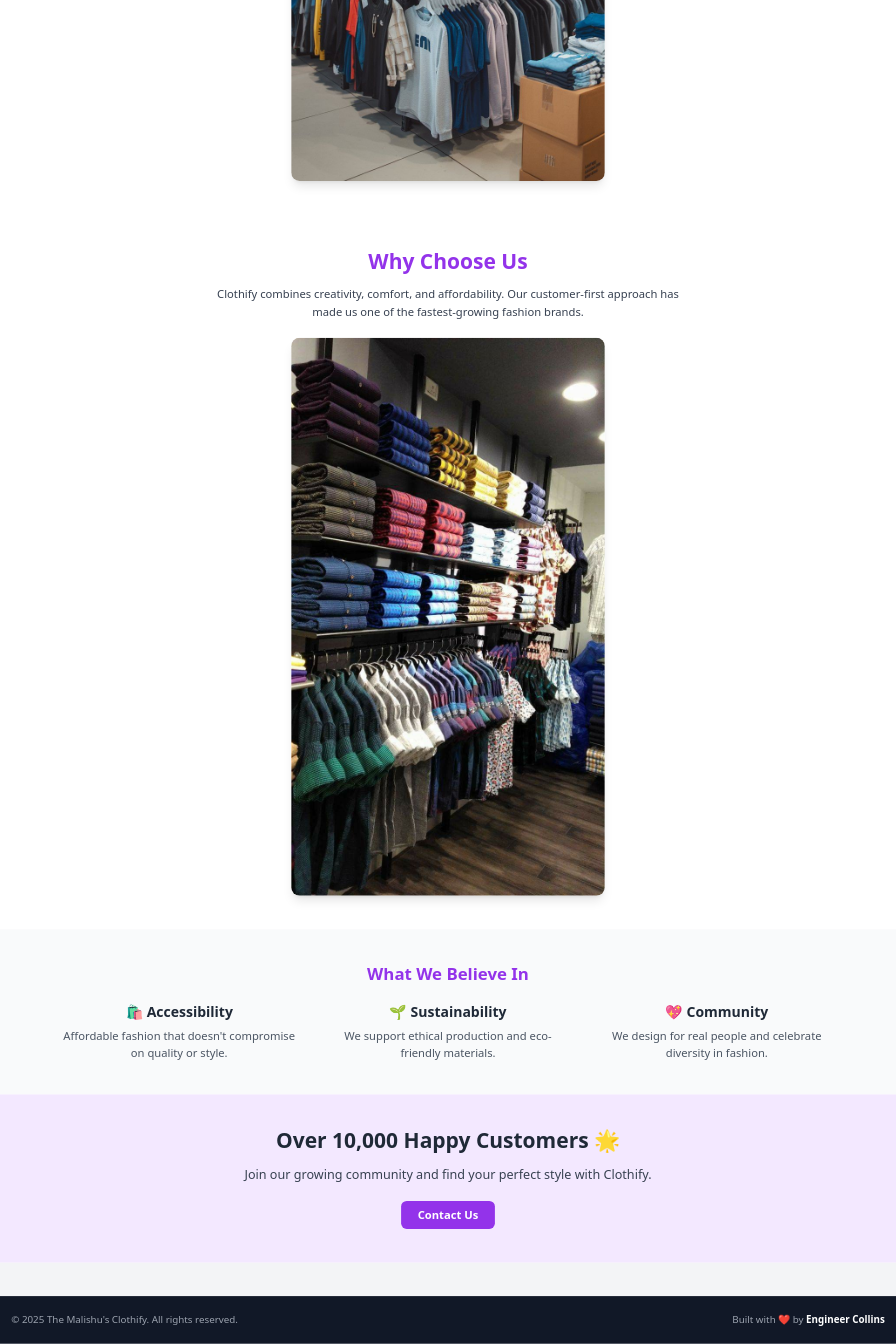
Repository: Engineer-collo/Modern-Ecommerce-Application
Page: /about
An editor plug-in stored every save of this project. The page is shown before and after the next save, followed by the edit.
The browser window is 1280 px wide. The pictures show the part of the page from y = 1951 to 3871 px (the page is 3871 px tall before and 3831 px after), at 70% of full size.
The project was rebuilt for these pictures with package versions that can differ from the ones it lists, and the page was loaded fresh each time. Also part of the build but not shown: vite.config.js, src/components/SignupForm.jsx, src/components/LoginForm.jsx, src/components/ProductCard.jsx, src/components/OfferCountdown.jsx, src/components/ProductFeed.jsx, src/components/Contact.jsx, src/components/Cart.jsx and 1 more.

Above is the page before, as saved 2025-05-26 09:58:36.

### index.html
<!DOCTYPE html>
<html lang="en">
<head>
  <meta charset="UTF-8">
  <meta name="viewport" content="width=device-width, initial-scale=1.0">
  <title>Ecommerce</title>
</head>
<body class="bg-gray-100">
  <div id="root"></div>
  <script type="module" src="/src/main.jsx"></script>
</body>
</html>

### src/main.jsx
import React from 'react'
import ReactDOM from 'react-dom/client'
import './index.css'
import App from './App'

ReactDOM.createRoot(document.getElementById('root')).render(
  <React.StrictMode>
    <App />
  </React.StrictMode>,
)

### src/App.jsx
import { BrowserRouter as Router, Routes, Route } from 'react-router-dom';
import { useEffect, useState } from 'react';
import Footer from './components/Footer';
import Navbar from './components/Navbar';
import SignupForm from './components/SignupForm';
import LoginForm from './components/LoginForm';
import ProductFeed from './components/ProductFeed';
import Contact from './components/Contact';
import About from './components/About';
import Cart from './components/Cart';
import ProductDetailsView from './components/ProductDetailsView';

import {
  showSuccessToast,
  ToastContainerWrapper,
} from './components/Toast';

function App() {
  const [cart, setCart] = useState([]);
  const [cartLoaded, setCartLoaded] = useState(false);

  // Load cart from localStorage
  useEffect(() => {
    const storedCart = localStorage.getItem("cart");
    if (storedCart) {
      try {
        setCart(JSON.parse(storedCart));
      } catch (error) {
        console.error("Failed to parse cart from localStorage:", error);
      }
    }
    setCartLoaded(true);
  }, []);

  // Save cart to localStorage when updated
  useEffect(() => {
    if (cartLoaded) {
      localStorage.setItem("cart", JSON.stringify(cart));
    }
  }, [cart, cartLoaded]);

  const addToCart = (product) => {
    setCart(prevCart => {
      const existing = prevCart.find(item => item.id === product.id);
      if (existing) {
        return prevCart.map(item =>
          item.id === product.id
            ? { ...item, quantity: item.quantity + 1 }
            : item
        );
      } else {
        return [...prevCart, { ...product, quantity: 1 }];
      }
    });
    showSuccessToast("Added to cart!");
  };

  const removeFromCart = (product) => {
    setCart(prevCart =>
      prevCart
        .map(item =>
          item.id === product.id
            ? { ...item, quantity: item.quantity - 1 }
            : item
        )
        .filter(item => item.quantity > 0)
    );
    showSuccessToast("Removed from cart!");
  };

  return (
    <Router>
      <Navbar cart={cart} />
      <Routes>
        <Route
          path="/"
          element={
            <ProductFeed
              showSuccessToast={showSuccessToast}
              cart={cart}
            />
          }
        />
        <Route
          path="/cart"
          element={
            <Cart
              cart={cart}
              removeFromCart={removeFromCart}
            />
          }
        />
        <Route path="/product/:id" element={<ProductDetailsView
         addToCart={addToCart}
        />} />
        <Route path="/login" element={<LoginForm />} />
        <Route path="/signup" element={<SignupForm />} />
        <Route path="/about" element={<About />} />
        <Route path="/contact" element={<Contact showSuccessToast={showSuccessToast} />} />
      </Routes>
      <ToastContainerWrapper />
      <Footer />
    </Router>
  );
}

export default App;

### src/components/Footer.jsx
const Footer = () => {
    return(
        <>
        <footer className="bg-gray-900 text-white py-6 mt-12">
  <div className="max-w-7xl mx-auto px-4 flex flex-col md:flex-row justify-between items-center space-y-4 md:space-y-0">
    <p className="text-sm text-gray-400">
      &copy; {new Date().getFullYear()} The Malishu's Clothify.  All rights reserved.
    </p>
    <p className="text-sm text-gray-400">
      Built with ❤️ by <span className="text-white font-semibold">Engineer Collins</span>
    </p>


  </div>
</footer>

        </>
    )
}

export default Footer

### src/components/Navbar.jsx
import React, { useState } from "react";
import { Link } from "react-router-dom";

const Navbar = ({ cart = [] }) => {
  const [isOpen, setIsOpen] = useState(false);

  const toggleMenu = () => setIsOpen(!isOpen);

  return (
    <header className="mt-2 bg-white shadow-md">
      <div className="max-w-7xl mx-auto px-10 py-10 flex flex-col md:flex-row md:justify-between md:items-center">
        <div className="flex justify-between items-center">
          <h1 className="text-2xl font-bold text-gray-800">
            <Link
              to="/"
              className="hover:text-blue-500 text-gray-700 transition"
            >
              <span className="text-purple-600">Malishu's Clothify</span>
            </Link>
          </h1>

          <div className="md:hidden">
            <button
              onClick={toggleMenu}
              className="text-gray-700 focus:outline-none"
            >
              <svg
                className="h-6 w-6"
                fill="none"
                stroke="currentColor"
                strokeWidth="2"
                viewBox="0 0 24 24"
              >
                <path
                  strokeLinecap="round"
                  strokeLinejoin="round"
                  d={
                    isOpen
                      ? "M6 18L18 6M6 6l12 12"
                      : "M4 6h16M4 12h16M4 18h16"
                  }
                />
              </svg>
            </button>
          </div>
        </div>

        {/* Removed search input here */}

        {/* Desktop nav */}
        <nav className="space-x-6 hidden md:flex">
          <Link
            to="/"
            className="text-xl hover:text-blue-500 font-bold text-gray-700 transition"
          >
            Home
          </Link>
          <Link
            to="/about"
            className="text-xl hover:text-blue-500 font-bold text-gray-700 transition"
          >
            About
          </Link>
          <Link
            to="/contact"
            className="text-xl hover:text-blue-500 font-bold text-gray-700 transition"
          >
            Contact
          </Link>
          <Link to="/cart" className="relative text-2xl font-bold hover:text-white transition">
  🛒
  <span className="absolute -top-2 -right-3 bg-red-500 text-white text-xs font-bold px-2 py-0.5 rounded-full">
    {cart.length}
  </span>
</Link>
          <Link
            to="/login"
            className="rounded p-1 bg-purple-500 font-bold text-white transition"
          >
            Login
          </Link>
        </nav>
      </div>

{/* Mobile nav */}
{isOpen && (
  <nav className="md:hidden bg-purple-600 text-white px-4 py-6 shadow-lg">
    <div className="flex flex-col items-center space-y-6">
      <Link
        to="/"
        className="text-2xl font-bold hover:text-white hover:underline transition"
      >
        Home
      </Link>
      <Link
        to="/about"
        className="text-2xl font-bold hover:text-white hover:underline transition"
      >
        About
      </Link>
      <Link
        to="/contact"
        className="text-2xl font-bold hover:text-white hover:underline transition"
      >
        Contact
      </Link>
      <Link to="/cart" className="relative text-2xl font-bold hover:text-white transition">
  🛒
  <span className="absolute -top-2 -right-3 bg-red-500 text-white text-xs font-bold px-2 py-0.5 rounded-full">
    {cart.length}
  </span>
</Link>
      <Link
        to="/login"
        className="text-center text-2xl font-bold bg-white text-purple-600 px-6 py-3 rounded-lg shadow-md hover:bg-purple-100 transition"
      >
        Login
      </Link>
    </div>
  </nav>
)}

    </header>
  );
};

export default Navbar;

### src/components/About.jsx
import React from "react";

const About = () => {
  return (
    <>
      <div className="min-h-screen bg-white text-gray-800">
        {/* Hero Section */}
        <div className="bg-gradient-to-r from-purple-600 to-pink-500 py-16 px-6 text-center text-white">
          <h1 className="text-4xl md:text-5xl font-extrabold mb-4">About Clothify</h1>
          <p className="text-lg md:text-xl max-w-2xl mx-auto">
            Elevating your wardrobe with trendy, affordable fashion made for everyone.
          </p>
        </div>

        {/* Block 1: Our Story */}
        <div className="max-w-6xl mx-auto py-12 px-4 text-center">
          <div className="max-w-2xl mx-auto mb-6">
            <h2 className="text-3xl font-bold mb-4 text-purple-600">Our Story</h2>
            <p className="text-gray-700 leading-relaxed">
              Founded in 2024, Clothify was born out of a passion for inclusive fashion. We wanted to make it easy for
              anyone to find stylish, quality clothes without breaking the bank.
            </p>
          </div>
          <img
            src="/cloathes1.png"
            alt="Fashion 1"
            className="w-full max-w-md mx-auto rounded-xl shadow-lg object-cover"
          />
        </div>

        {/* Block 2: Our Vision */}
        <div className="max-w-6xl mx-auto py-12 px-4 text-center">
          <div className="max-w-2xl mx-auto mb-6">
            <h2 className="text-3xl font-bold mb-4 text-purple-600">Our Vision</h2>
            <p className="text-gray-700 leading-relaxed">
              We envision a world where fashion is accessible to everyone regardless of their background or budget.
              With unique designs and sustainable practices, we bring value to every wardrobe.
            </p>
          </div>
          <img
            src="/cloathes2.png"
            alt="Fashion 2"
            className="w-full max-w-md mx-auto rounded-xl shadow-lg object-cover"
          />
        </div>

        {/* Block 3: Why Choose Us */}
        <div className="max-w-6xl mx-auto py-12 px-4 text-center">
          <div className="max-w-2xl mx-auto mb-6">
            <h2 className="text-3xl font-bold mb-4 text-purple-600">Why Choose Us</h2>
            <p className="text-gray-700 leading-relaxed">
              Clothify combines creativity, comfort, and affordability. Our customer-first approach has made us one of
              the fastest-growing fashion brands.
            </p>
          </div>
          <img
            src="/cloathes3.png"
            alt="Fashion 3"
            className="w-full max-w-md mx-auto rounded-xl shadow-lg object-cover"
          />
        </div>

        {/* Values */}
        <div className="bg-gray-50 py-12">
          <div className="max-w-6xl mx-auto px-4 text-center">
            <h2 className="text-2xl font-bold text-purple-600 mb-6">What We Believe In</h2>
            <div className="grid md:grid-cols-3 gap-8">
              <div>
                <h3 className="text-xl font-semibold mb-2">🛍️ Accessibility</h3>
                <p className="text-gray-600">Affordable fashion that doesn't compromise on quality or style.</p>
              </div>
              <div>
                <h3 className="text-xl font-semibold mb-2">🌱 Sustainability</h3>
                <p className="text-gray-600">We support ethical production and eco-friendly materials.</p>
              </div>
              <div>
                <h3 className="text-xl font-semibold mb-2">💖 Community</h3>
                <p className="text-gray-600">We design for real people and celebrate diversity in fashion.</p>
              </div>
            </div>
          </div>
        </div>

        {/* CTA */}
        <div className="py-12 px-4 bg-purple-100 text-center">
          <h2 className="text-3xl font-bold mb-4">Over 10,000 Happy Customers 🌟</h2>
          <p className="text-lg mb-6 text-gray-700 max-w-2xl mx-auto">
            Join our growing community and find your perfect style with Clothify.
          </p>
          <a
            href="/contact"
            className="inline-block bg-purple-600 hover:bg-purple-700 text-white font-semibold py-2 px-6 rounded-lg transition"
          >
            Contact Us
          </a>
        </div>
      </div>
    </>
  );
};

export default About;

### src/components/Toast.jsx
// src/components/Toast.js
import { toast, ToastContainer } from 'react-toastify';
import 'react-toastify/dist/ReactToastify.css';

// Toast functions
export const showSuccessToast = (message) =>
  toast.success(message, {
    className: 'bg-green-100 text-green-800 border border-green-300 rounded p-4',
    bodyClassName: 'text-sm',
    progressClassName: 'bg-green-500',
  });

export const showErrorToast = (message) =>
  toast.error(message, {
    className: 'bg-red-100 text-red-800 border border-red-300 rounded p-4',
    bodyClassName: 'text-sm',
    progressClassName: 'bg-red-500',
  });

export const showInfoToast = (message) =>
  toast.info(message, {
    className: 'bg-blue-100 text-blue-800 border border-blue-300 rounded p-4',
    bodyClassName: 'text-sm',
    progressClassName: 'bg-blue-500',
  });

export const showWarningToast = (message) =>
  toast.warn(message, {
    className: 'bg-yellow-100 text-yellow-800 border border-yellow-300 rounded p-4',
    bodyClassName: 'text-sm',
    progressClassName: 'bg-yellow-500',
  });

// Toast container
export const ToastContainerWrapper = () => (
  <ToastContainer position="top-center" autoClose={2000} />
);

Loaded but not shown: src/index.css (common file); tailwind.config.js (common file)

After the next save:
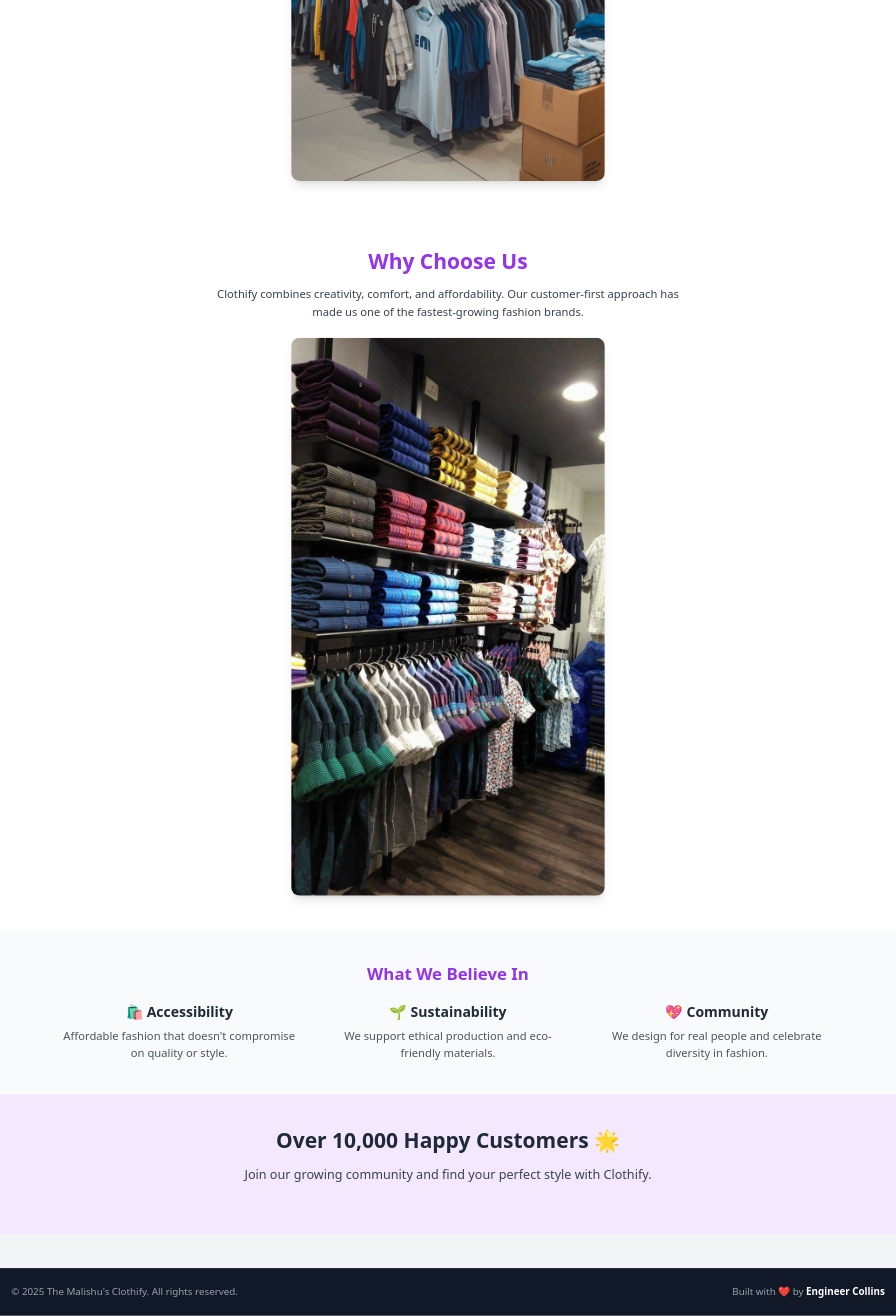
Saved 74 s later.
--- a/src/components/About.jsx
+++ b/src/components/About.jsx
@@ -87,12 +87,7 @@ const About = () => {
           <p className="text-lg mb-6 text-gray-700 max-w-2xl mx-auto">
             Join our growing community and find your perfect style with Clothify.
           </p>
-          <a
-            href="/contact"
-            className="inline-block bg-purple-600 hover:bg-purple-700 text-white font-semibold py-2 px-6 rounded-lg transition"
-          >
-            Contact Us
-          </a>
+
         </div>
       </div>
     </>
